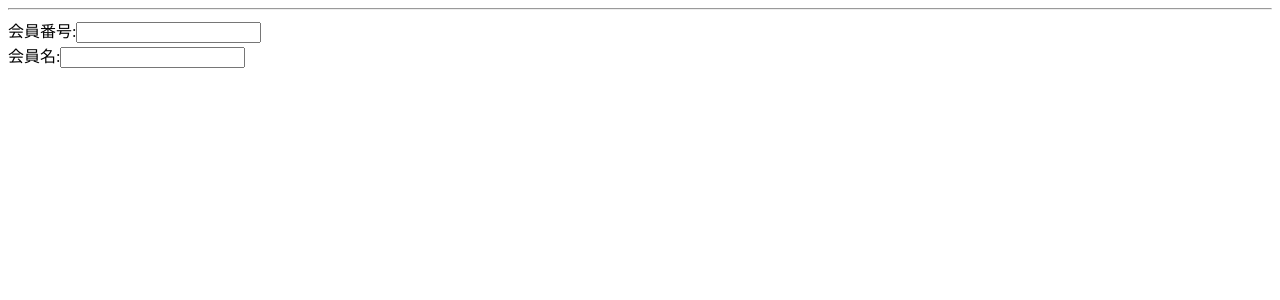
Repository: aiueo20/18ca0155
Page: SSP/kadai0204/WebContent/index.html
These files come from the project's save history. The page is drawn as it stood at one moment and after the next save; the edit follows.
The browser window is 1280 px wide. The pictures show the whole page.

Above is the page before, as saved 2018-11-26 07:34:53.

After the next save:
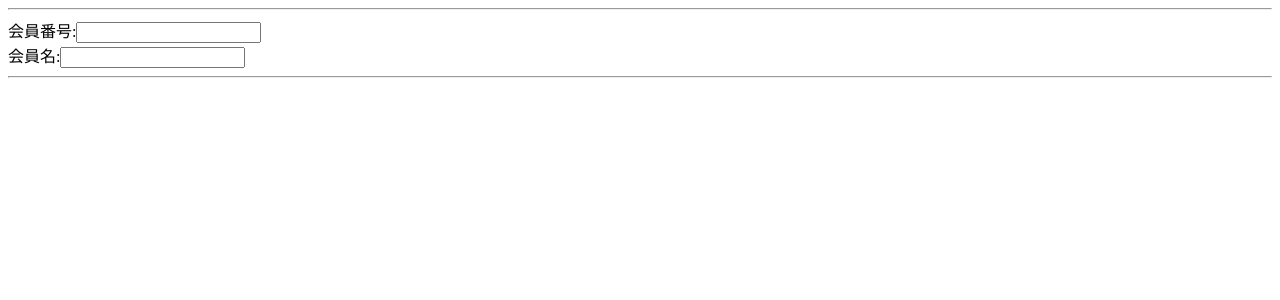
Saved 6 s later.
--- a/SSP/kadai0204/WebContent/index.html
+++ b/SSP/kadai0204/WebContent/index.html
@@ -8,7 +8,9 @@
 <form action="/kadai0204/BuyServlet" method="get">
 <hr>
 会員番号:<input type="text" name="kaiinnbangou"><br>
-会員名:<input type="text" name="kaiinnmei">
+会員名:<input type="text" name="kaiinnmei"><br>
+<hr>
+
 </form>
 
 </body>
